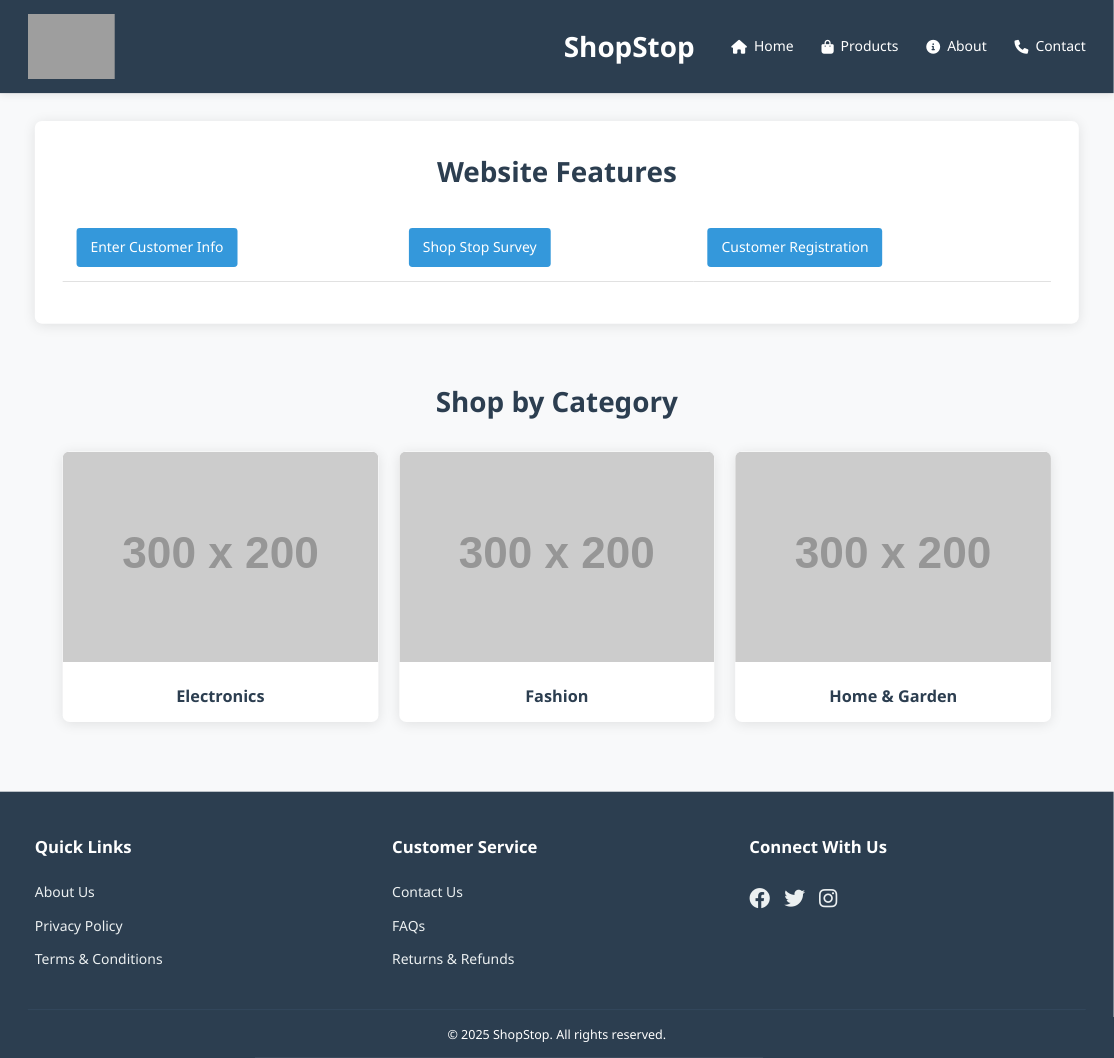
Repository: Rohit-3413/GET-java-training
Page: Web-workspace/ShopStop/src/main/webapp/index.html
An editor plug-in stored every save of this project. The page is shown before and after the next save, followed by the edit.
The browser window is 1280 px wide. The pictures show the whole page, at 87% of full size.
Pictures or frames that could not be fetched are drawn as grey boxes.

Above is the page before, as saved 2025-09-19 07:27:44.

After the next save:
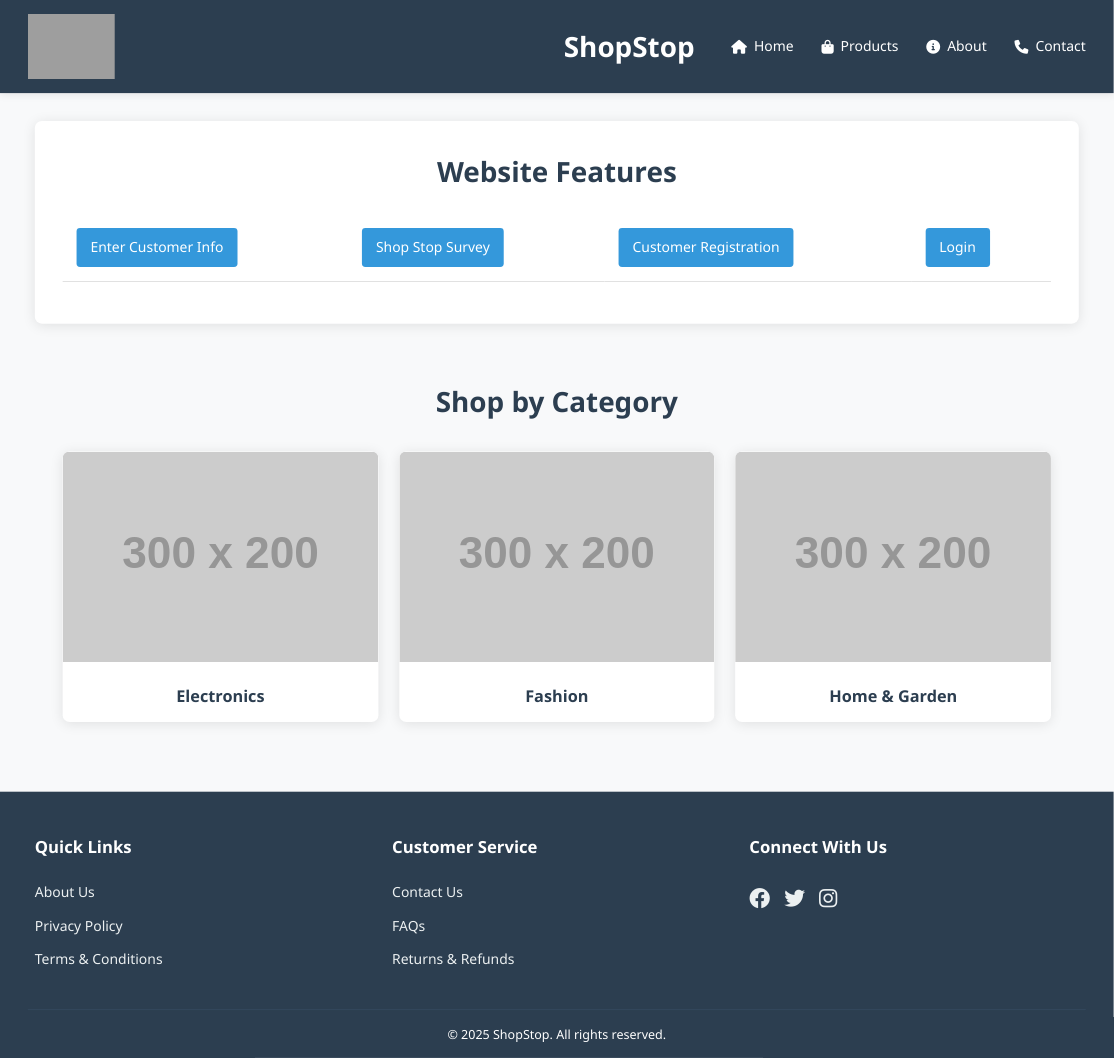
Saved 41 s later.
--- a/Web-workspace/ShopStop/src/main/webapp/index.html
+++ b/Web-workspace/ShopStop/src/main/webapp/index.html
@@ -33,6 +33,7 @@
                         <td><a href="register.html" class="btn">Enter Customer Info</a></td>
                          <td><a href="survey.html" class="btn">Shop Stop Survey</a></td>
                          <td><a href="customer.html" class="btn">Customer Registration</a></td>
+                         <td><a href="login.html" class="btn">Login</a></td>
 
                     </tr>
 
